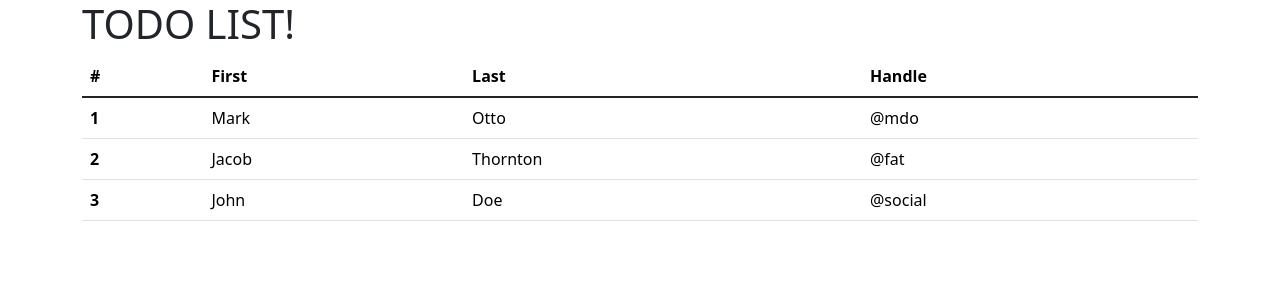
Repository: faizrehmandeveloper-spec/mern
Page: js/todo.html
The author's editor kept a copy of each file at every save. The page is drawn from the files as they stood at one save, then again after the next save.
The browser window is 1280 px wide. The pictures show the whole page.

Above is the page before, as saved 2026-06-25 11:33:35.

After the next save:
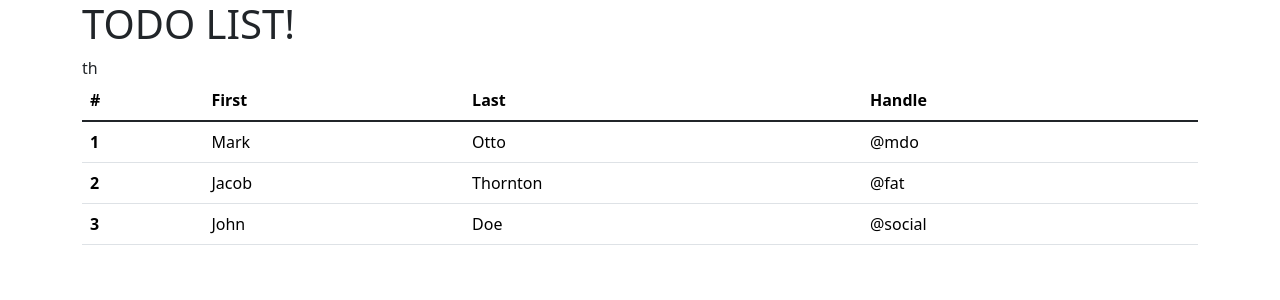
Saved 5 s later.
--- a/js/todo.html
+++ b/js/todo.html
@@ -20,7 +20,9 @@
                     <th scope="col">Last</th>
                     <th scope="col">Handle</th>
                 </tr>
-
+                <tr>
+                    th
+                </tr>
             </thead>
             <tbody class="table-group-divider">
                 <tr>
